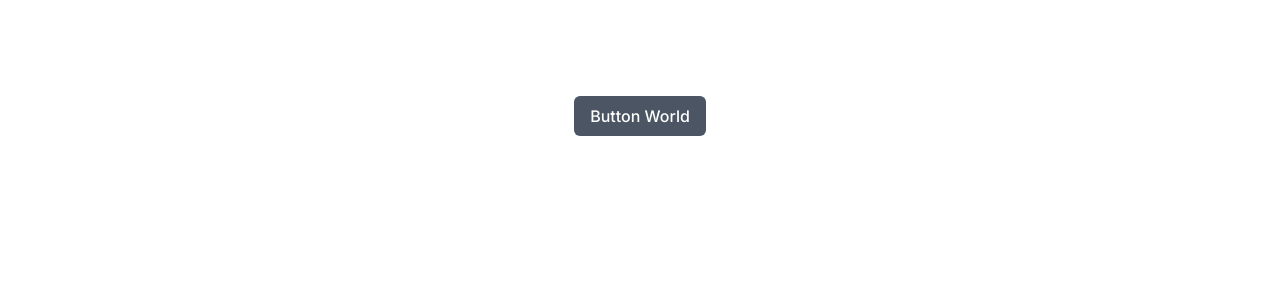
Repository: ggonzaga29/polarized-dashboard
Page: /
An editor plug-in stored every save of this project. The page is shown before and after the next save, followed by the edit.
The browser window is 1280 px wide. The pictures show the whole page.
The project was rebuilt for these pictures with package versions that can differ from the ones it lists, and the page was loaded fresh each time. The framework's server and built-in components were replaced by stand-ins that run in the browser. Also part of the build but not shown: next.config.js.

Above is the page before, as saved 2023-08-03 12:46:54.

### src/app/layout.jsx
import './globals.css';
import { Inter } from 'next/font/google';
import { ThemeProvider } from '@/context/theme-provider';

const inter = Inter({ subsets: ['latin'] });

export const metadata = {
  title: 'Polarized | Dashboard',
};

export default function RootLayout({ children }) {
  return (
    <html lang="en">
      <body className={inter.className}>
        <ThemeProvider attribute="class" defaultTheme="system" enableSystem>
          {children}
        </ThemeProvider>
      </body>
    </html>
  );
}

### src/app/page.jsx
import Image from 'next/image';
import { Button } from '@/components/ui/button';

export default function Home() {
  return (
    <main className="flex min-h-screen flex-col items-center justify-between p-24">
			<Button>Button World</Button>
    </main>
  );
}

### src/app/globals.css
@tailwind base;
@tailwind components;
@tailwind utilities;

@layer base {
  :root {
    /* --background: 0 0% 100%;
    --foreground: 240 10% 3.9%;

    --muted: 240 4.8% 95.9%;
    --muted-foreground: 240 3.8% 46.1%;

    --popover: 0 0% 100%;
    --popover-foreground: 240 10% 3.9%;

    --card: 0 0% 100%;
    --card-foreground: 240 10% 3.9%;

    --border: 240 5.9% 90%;
    --input: 240 5.9% 90%;

    --primary: 240 5.9% 10%;
    --primary-foreground: 0 0% 98%;

    --secondary: 240 4.8% 95.9%;
    --secondary-foreground: 240 5.9% 10%;

    --accent: 240 4.8% 95.9%;
    --accent-foreground: 240 5.9% 10%;

    --destructive: 0 84.2% 60.2%;
    --destructive-foreground: 0 0% 98%;

    --ring: 240 5% 64.9%;

    --radius: 0.5rem; */

    /* 1C1C1C */
    --black-100: hsl(0, 0%, 11%);
    --black-80: hsl(0%, 11%, 80%);

    --white-100: hsl(0, 0%, 100%);
    --white-80: hsl(0, 0%, 80%);
    --white-40: hsl(0, 0%, 40%);
    --white-20: hsl(0, 0%, 20%);
    --white-10: hsl(0, 0%, 10%);
    --white-5: hsl(0, 0%, 5%);

    /* F7F9FB */
    --primary-light: hsl(210, 50%, 98%);
    /* E3F5FF */
    --primary-blue: hsl(210, 90%, 95%);
    /* E5ECF6 */
    --primary-purple: hsl(240, 20%, 90%);
    /* 1C1C1C */
    --primary-brand: hsl(0, 0%, 11%);

    /* 95A4FC */
    --secondary-purple-a: hsl(240, 60%, 75%);
    /* A8C5DA */
    --secondary-blue-a: hsl(200, 30%, 75%);
    /* E3F5FF */
    --secondary-blue-b: hsl(210, 90%, 95%);
    /* A1E3CB */
    --secondary-green-a: hsl(160, 70%, 75%);
    /* BAEDBD */
    --secondary-green-b: hsl(100, 40%, 75%);
    /* FFE999 */
    --secondary-yellow: hsl(50, 100%, 75%);
    /* FF4747 */
    --secondary-red: hsl(0, 100, 64);
  }

  .dark {
    /* --background: 240 10% 3.9%;
    --foreground: 0 0% 98%;

    --muted: 240 3.7% 15.9%;
    --muted-foreground: 240 5% 64.9%;

    --popover: 240 10% 3.9%;
    --popover-foreground: 0 0% 98%;

    --card: 240 10% 3.9%;
    --card-foreground: 0 0% 98%;

    --border: 240 3.7% 15.9%;
    --input: 240 3.7% 15.9%;

    --primary: 0 0% 98%;
    --primary-foreground: 240 5.9% 10%;

    --secondary: 240 3.7% 15.9%;
    --secondary-foreground: 0 0% 98%;

    --accent: 240 3.7% 15.9%;
    --accent-foreground: 0 0% 98%;

    --destructive: 0 62.8% 30.6%;
    --destructive-foreground: 0 85.7% 97.3%;

    --ring: 240 3.7% 15.9%; */
  }
}

@layer base {

}

### src/components/ui/button.jsx
import React from 'react';
import { cva } from 'class-variance-authority';
import { twMerge } from 'tailwind-merge';

const button = cva(
  [
    'inline-flex items-center justify-center font-medium transition-colors disabled:pointer-events-none disabled:opacity-50',
  ],
  {
    variants: {
      intent: {
        primary: ['bg-[#1C1C1C]', 'text-white'],
        secondary: ['bg-gray-600', 'text-white'],
      },

      size: {
        sm: ['px-2', 'py-1', 'rounded-md'],
        md: ['px-4', 'py-2', 'rounded-md'],
        lg: ['px-6', 'py-3', 'rounded-md'],
      },
    },
  },
);

const Button = ({ intent, size, className, children }) => {
  if (!intent) intent = 'secondary';
  if (!size) size = 'md';

  return (
    <button className={twMerge(button({ intent, size }), className)}>
      {children}
    </button>
  );
};

Button.displayName = 'Button';

export { Button };

### tailwind.config.js
/** @type {import('tailwindcss').Config} */
module.exports = {
	darkMode: ["class"],
	content: [
		'./pages/**/*.{js,jsx}',
		'./components/**/*.{js,jsx}',
		'./app/**/*.{js,jsx}',
		'./src/**/*.{js,jsx}',
	],
	theme: {
		// container: {
		//   center: true,
		//   padding: "2rem",
		//   screens: {
		//     "2xl": "1400px",
		//   },
		// },
		extend: {
			colors: {

				black: {
					DEFAULT: "#000000",
					100: "#F5F5F5",
					200: "#EEEEEE",


					// border: "hsl(var(--border))",
					// input: "hsl(var(--input))",
					// ring: "hsl(var(--ring))",
					// background: "hsl(var(--background))",
					// foreground: "hsl(var(--foreground))",
					// primary: {
					//   DEFAULT: "hsl(var(--primary))",
					//   foreground: "hsl(var(--primary-foreground))",
					// },
					// secondary: {
					//   DEFAULT: "hsl(var(--secondary))",
					//   foreground: "hsl(var(--secondary-foreground))",
					// },
					// destructive: {
					//   DEFAULT: "hsl(var(--destructive))",
					//   foreground: "hsl(var(--destructive-foreground))",
					// },
					// muted: {
					//   DEFAULT: "hsl(var(--muted))",
					//   foreground: "hsl(var(--muted-foreground))",
					// },
					// accent: {
					//   DEFAULT: "hsl(var(--accent))",
					//   foreground: "hsl(var(--accent-foreground))",
					// },
					// popover: {
					//   DEFAULT: "hsl(var(--popover))",
					//   foreground: "hsl(var(--popover-foreground))",
					// },
					// card: {
					//   DEFAULT: "hsl(var(--card))",
					//   foreground: "hsl(var(--card-foreground))",
					// },
				},
				borderRadius: {
					// lg: "var(--radius)",
					// md: "calc(var(--radius) - 2px)",
					// sm: "calc(var(--radius) - 4px)",
				},
				keyframes: {
					// "accordion-down": {
					//   from: { height: 0 },
					//   to: { height: "var(--radix-accordion-content-height)" },
					// },
					// "accordion-up": {
					//   from: { height: "var(--radix-accordion-content-height)" },
					//   to: { height: 0 },
					// },
				},
				animation: {
					// "accordion-down": "accordion-down 0.2s ease-out",
					// "accordion-up": "accordion-up 0.2s ease-out",
				},
			},
		},
		plugins: [require("tailwindcss-animate")],
	}
}

Loaded but not shown: src/context/theme-provider.jsx (common file)

After the next save:
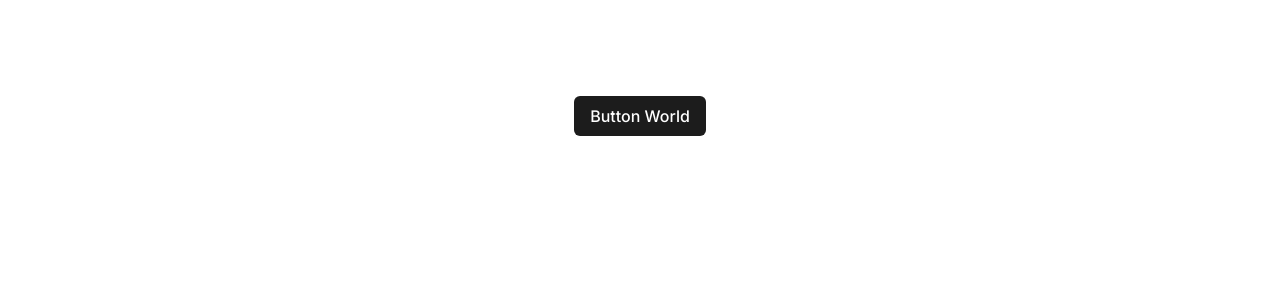
Saved 21 s later.
--- a/src/components/ui/button.jsx
+++ b/src/components/ui/button.jsx
@@ -9,8 +9,8 @@ const button = cva(
   {
     variants: {
       intent: {
-        primary: ['bg-[#1C1C1C]', 'text-white'],
-        secondary: ['bg-gray-600', 'text-white'],
+        primary: ['bg-[#1C1C1C]', 'text-white', "hover:bg-[#2C2C2C]"],
+        secondary: ['bg-[#1C1C1C]', 'text-white'],
       },
 
       size: {
@@ -23,7 +23,7 @@ const button = cva(
 );
 
 const Button = ({ intent, size, className, children }) => {
-  if (!intent) intent = 'secondary';
+  if (!intent) intent = 'primary';
   if (!size) size = 'md';
 
   return (
